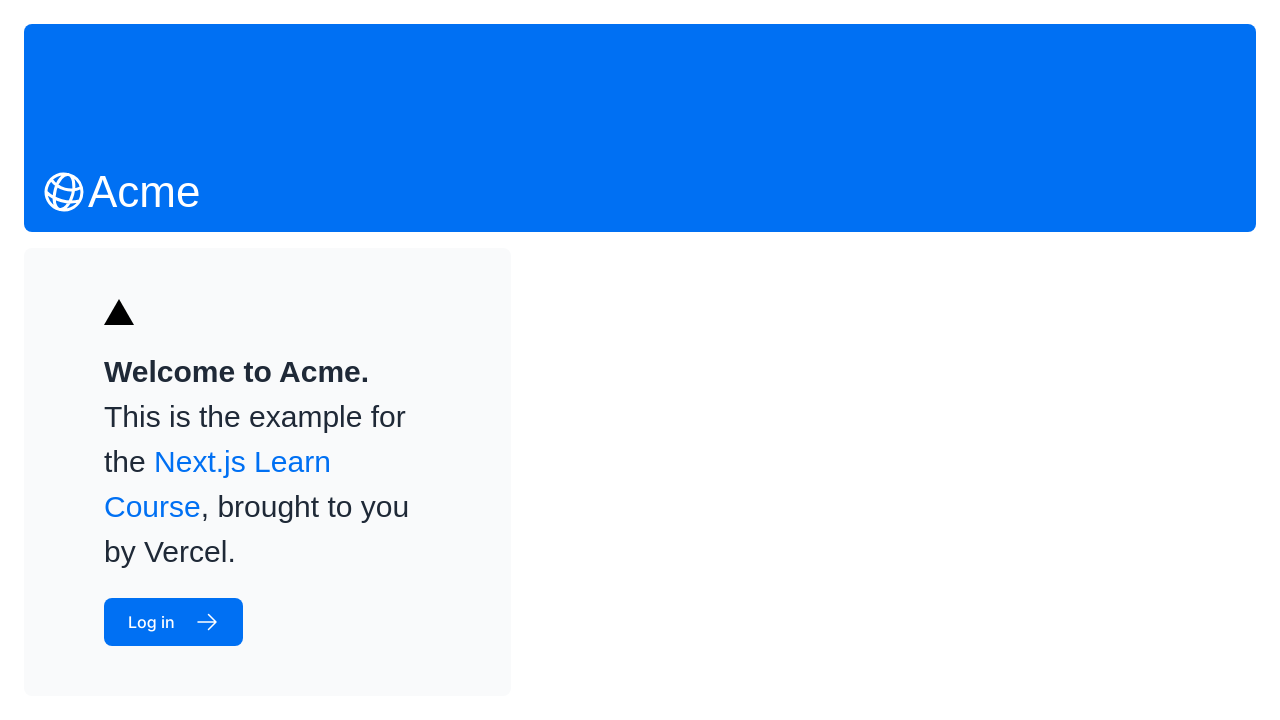
Repository: devcollinsmakui/JustNext
Page: /
An editor plug-in stored every save of this project. The page is shown before and after a run of saves, followed by the edit.
The browser window is 1280 px wide. The pictures show the whole page.
Some web fonts or font styles are not loaded; a fallback is used. The project was rebuilt for these pictures with package versions that can differ from the ones it lists, and the page was loaded fresh each time. The framework's server and built-in components were replaced by stand-ins that run in the browser. Also part of the build but not shown: next.config.ts.

Above is the page before, as saved 2026-06-10 11:44:16.

After the next 5 saves:
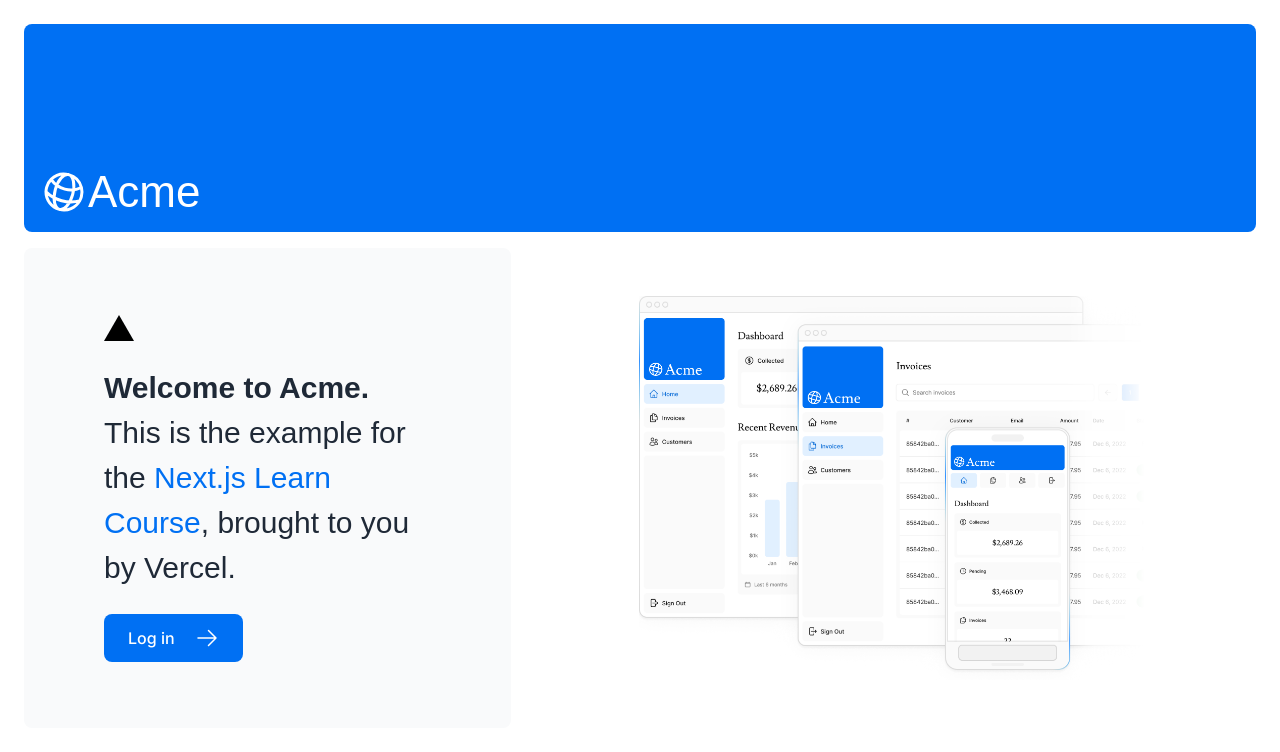
The 5 saves are shown as one change because 1 did not build or start and some came seconds apart.
The last was saved 17 min 57 s later.
--- a/app/page.tsx
+++ b/app/page.tsx
@@ -3,6 +3,7 @@
 import Link from 'next/link';
 import homeStyles from '@/app/ui/home.module.css';
 import { lusitana } from './ui/fonts';
+import Image from 'next/image';
 
 export default function Page() {
   return (
@@ -32,6 +33,13 @@
         </div>
         <div className="flex items-center justify-center p-6 md:w-3/5 md:px-28 md:py-12">
           {/* Add Hero Images Here */}
+          <Image
+            src="/hero-desktop.png"
+            width={1000}
+            height={760}
+            className="hidden md:block"
+            alt="Screenshots of the dashboard project showing desktop version"
+          />
         </div>
       </div>
     </main>
